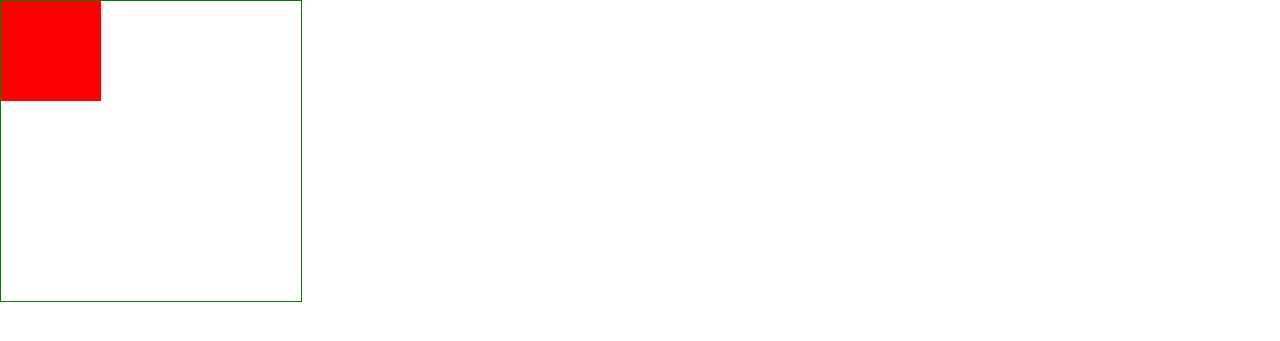
Repository: 319226862/wyy
Page: JavaScript/center.html
The author's editor kept a copy of each file at every save. The page is drawn from the files as they stood at one save, then again after the next save.
The browser window is 1280 px wide. The pictures show the whole page.

Above is the page before, as saved 2023-07-26 09:49:35.

After the next save:
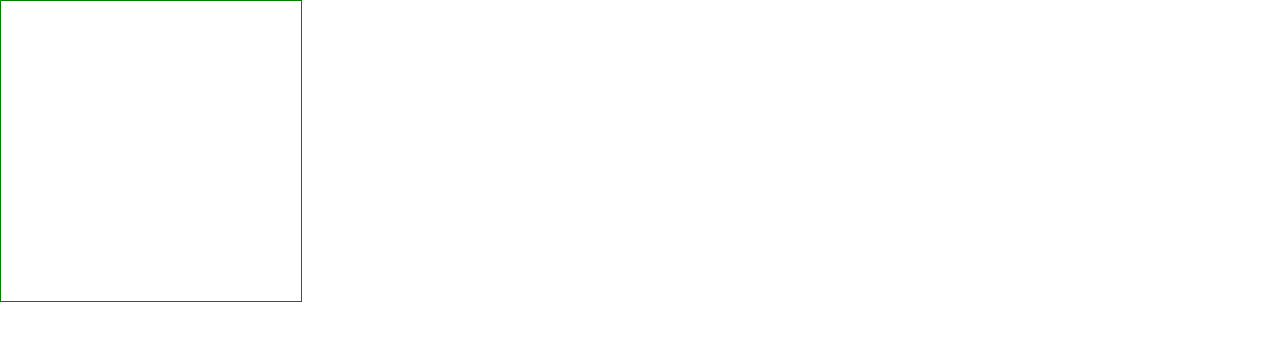
Saved 17 s later.
--- a/JavaScript/center.html
+++ b/JavaScript/center.html
@@ -25,7 +25,7 @@
 </head>
 <body>
     <div id="main">
-        <div id="box"></div>
+        <tr id="box"></tr>
     </div>
 </body>
 </html>
